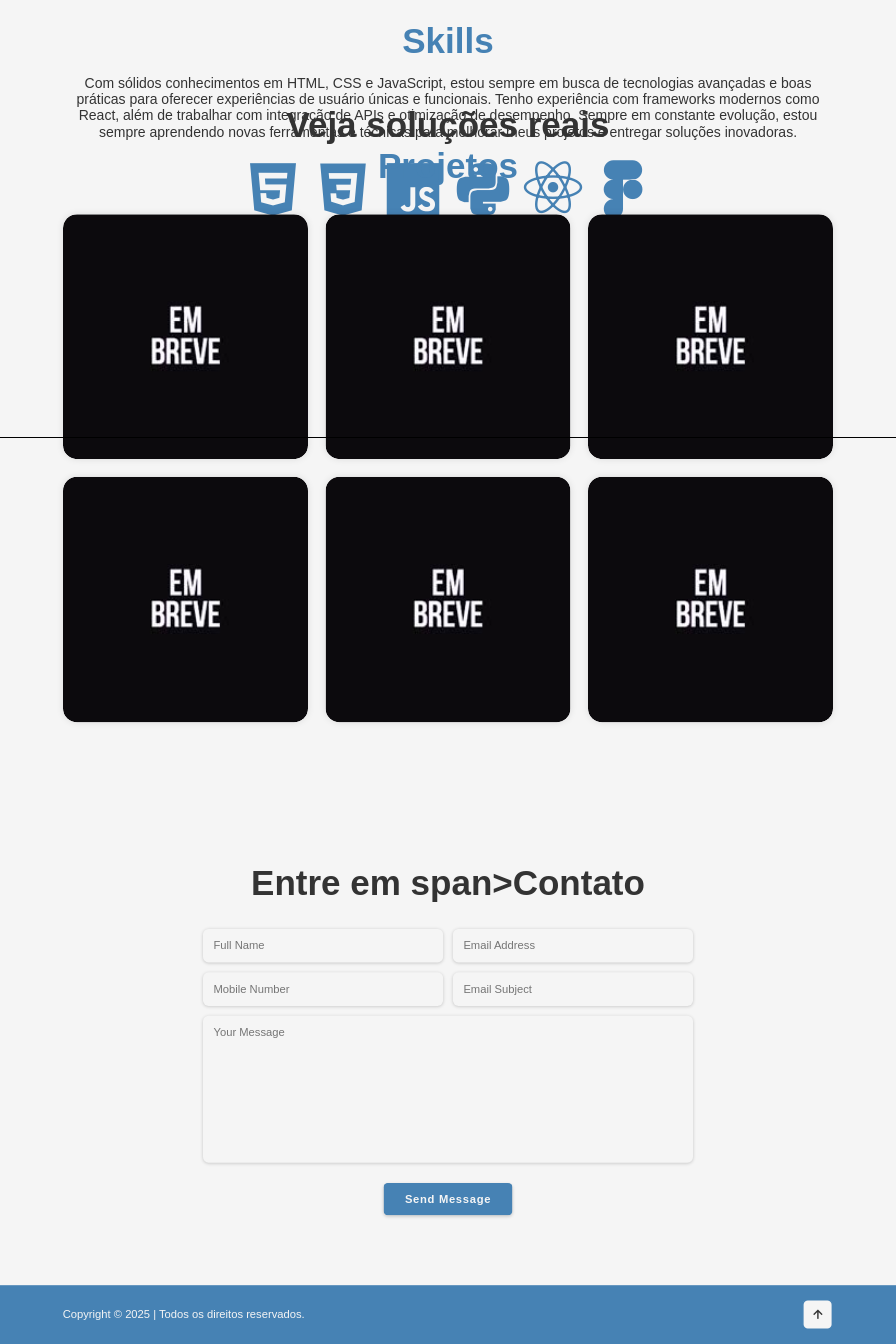
Repository: AliciaKathleen/portfolio-2025
Page: index.html
These files come from the project's save history. The page is drawn as it stood at one moment and after the next save; the edit follows.
The browser window is 1280 px wide. The pictures show the part of the page from y = 2280 to 4200 px (the page is 4200 px tall), at 70% of full size.

Above is the page before, as saved 2025-01-27 18:08:03.
Console error: TypeError: Cannot read properties of null (reading 'classList')

### index.html
<!DOCTYPE html>
<html lang="en">
<head>
    <meta charset="UTF-8">
    <meta http-equiv="X-UA-Compatible" content="IE=edge">
    <meta name="viewport" content="width=device-width, initial-scale=1.0">
    <link rel="stylesheet" href="https://cdn.jsdelivr.net/npm/swiper@9/swiper-bundle.min.css" />
    <link href='https://unpkg.com/boxicons@2.1.4/css/boxicons.min.css' rel='stylesheet'>
    <link rel="stylesheet" href="style.css">
    <title>Alícia Kathleen</title>
</head>
<body>
    <header class="header">
        <a href="#" class="logo">Alícia Kathleen</a>

        <nav class="navbar">
            <a href="#home" class="active">Home</a>
            <a href="#about">Sobre</a>
            <a href="#services">Serviços</a>
            <a href="#portfolio">Projetos</a>
            <a href="#contact">Contato</a>
        </nav>

        <div class="bx bx-moon" id="darkMode-icon"></div>
        <div class="bx bx-menu" id="menu-icon"></div>
    </header>

    <section class="home" id="home">
        <div class="home-content">
            <h3>Olá, eu sou</h3>
            <h1>Alícia Kathleen</h1>
            <p>
                Sou uma desenvolvedora Front-End apaixonada por criar interfaces modernas e funcionais, unindo criatividade e tecnologia para proporcionar experiências digitais únicas. Com uma trajetória inicial no design gráfico, utilizo meu olhar apurado para detalhes e usabilidade para transformar ideias em projetos visuais impactantes. Estou sempre buscando aprender e crescer com novos desafios.
            </p>
            <div class="social-media">
                <a href="#"><i class='bx bxl-linkedin'></i></a>
                <a href="#"><i class='bx bxl-github'></i></a>
            </div>

            <a href="#" class="btn">CURRÍCULO</a>
        </div>

        <div class="profession-container">
            <div class="profession-box">
            </div>
            <div class="overlay"></div>
        </div>

        <div class="home-img">
            <img src="" alt="">
        </div>
    </section>

    <section class="about" id="about">
        <div class="about-img">
            <img src="images/portfolio.jpg" alt="">
        </div>

        <div class="about-content">
            <h2 class="heading">Sobre <span>Mim</span></h2>
            <h3>
                Olá! Seja bem-vindo(a) ao meu portfólio! Sou uma desenvolvedora Front-End apaixonada por criar soluções digitais modernas e funcionais. Amo aprender novas tecnologias, resolver problemas com código e transformar ideias em projetos reais.
            </h3>
            <p>
                Aqui você vai encontrar alguns dos meus trabalhos, além de conhecer um pouco mais sobre minha trajetória no desenvolvimento web. Estou sempre em busca de novos desafios e oportunidades para crescer e evoluir como profissional.
            </p>
            <p>
                Sinta-se à vontade para explorar meu portfólio!
            </p>
        </div>
    </section>

    <section class="services" id="services">
        <h2 class="heading">Explore Meus <span>Trabalhos</span></h2>
        <div class="services-container">
            <div class="services-box">
                <i class='bx bx-code-alt'></i>
                <h3>Soluções Web Modernas</h3>
                <p>Criação de sites únicos e otimizados, que unem design moderno e funcionalidade para atender às suas necessidades e destacar sua marca na web.</p>
            </div>
            <div class="services-box">
                <i class='bx bxs-paint'></i>
                <h3>Design Responsivo</h3>
                <p>Desenvolvo sites que se adaptam perfeitamente a qualquer dispositivo, garantindo acessibilidade e uma navegação fluida para todos os usuários.</p>
            </div>
            <div class="services-box">
                <i class='bx bx-brain'></i>
                <h3>Integração de Apis</h3>
                <p>Integração de APIs para adicionar funcionalidades avançadas ao seu site ou aplicativo, conectando-o a serviços externos de maneira eficiente e sem fricções.</p>
            </div>
            <div class="services-box">
                <i class='bx bx-support'></i>
                <h3>Suporte</h3>
                <p>Ofereço suporte técnico para garantir que seu site esteja sempre atualizado, funcionando perfeitamente e alinhado às suas necessidades.</p>
            </div>
            <div class="services-box">
                <i class='bx bx-objects-vertical-bottom'></i>
                <h3>Estratégias de SEO</h3>
                <p>Técnicas de SEO personalizadas para aumentar a visibilidade do site e atrair mais tráfego qualificado.</p>
            </div>
            <div class="services-box">
                <i class='bx bx-bar-chart-alt'></i>
                <h3>Projetos Escaláveis</h3>
                <p>Desenvolvo soluções web com foco na escalabilidade, garantindo que seu site cresça de acordo com a evolução do seu negócio.

                </p>
            </div>
        </div>
    </section>

    <section class="resume-detail skills" id="skills">
        <h2 class="heading"><span>Skills</span></h2>
        <div class="resume-list">
            <div class="skills-container">
                <p>
                    Com sólidos conhecimentos em HTML, CSS e JavaScript, estou sempre em busca de tecnologias avançadas e boas práticas para oferecer experiências de usuário únicas e funcionais. Tenho experiência com frameworks modernos como React, além de trabalhar com integração de APIs e otimização de desempenho. Sempre em constante evolução, estou sempre aprendendo novas ferramentas e técnicas para melhorar meus projetos e entregar soluções inovadoras.
                </p>
                <div class="resume-items">
                    <div class="resume-item">
                        <i class='bx bxl-html5'></i>
                        <span>HTML</span>
                    </div>
                    <div class="resume-item">
                        <i class='bx bxl-css3'></i>
                        <span>CSS3</span>
                    </div>
                    <div class="resume-item">
                        <i class='bx bxl-javascript'></i>
                        <span>JavaScript</span>
                    </div>
                    <div class="resume-item">
                        <i class='bx bxl-python'></i>
                        <span>Python</span>
                    </div>
                    <div class="resume-item">
                        <i class='bx bxl-react'></i>
                        <span>ReactJS</span>
                    </div>
                    <div class="resume-item">
                        <i class='bx bxl-figma'></i>
                        <span>Figma</span>
                    </div>
                </div>
            </div>
        </div>
    </section>

    <section class="portfolio" id="portfolio">
        <h2 class="heading">Veja soluções reais <br> <span>Projetos</span></h2>

        <div class="portfolio-container">
            <div class="portfolio-box">
                <img src="images/portfolio.jpg" alt="">

                <div class="portfolio-layer">
                    <h4>Web Design</h4>
                    <p>Lorem ipsum dolor sit amet consectetur adipisicing elit. Similique, ipsam est.</p>
                    <a href="#"><i class='bx bx-link-external'></i></a>
                </div>
            </div>
            <div class="portfolio-box">
                <img src="images/portfolio.jpg" alt="">

                <div class="portfolio-layer">
                    <h4>Projeto em construção</h4>
                    <p>Em breve...</p>
                    <a href="#"><i class='bx bx-link-external'></i></a>
                </div>
            </div>
            <div class="portfolio-box">
                <img src="images/portfolio.jpg" alt="">

                <div class="portfolio-layer">
                    <h4>Projeto em construção</h4>
                    <p>Em breve...</p>
                    <a href="#"><i class='bx bx-link-external'></i></a>
                </div>
            </div>
            <div class="portfolio-box">
                <img src="images/portfolio.jpg" alt="">

                <div class="portfolio-layer">
                    <h4>Projeto em construção</h4>
                    <p>Em breve...</p>
                    <a href="#"><i class='bx bx-link-external'></i></a>
                </div>
            </div>
            <div class="portfolio-box">
                <img src="images/portfolio.jpg" alt="">

                <div class="portfolio-layer">
                    <h4>Projeto em construção</h4>
                    <p>Em breve...</p>
                    <a href="#"><i class='bx bx-link-external'></i></a>
                </div>
            </div>
            <div class="portfolio-box">
                <img src="images/portfolio.jpg" alt="">

                <div class="portfolio-layer">
                    <h4>Projeto em construção</h4>
                    <p>Em breve...</p>
                    <a href="#"><i class='bx bx-link-external'></i></a>
                </div>
            </div>
        </div>
    </section>

    <section class="contact" id="contact">
        <h2 class="heading">Entre em span>Contato</span></h2>

        <form action="#">
            <div class="input-box">
                <input type="text" placeholder="Full Name">
                <input type="email" placeholder="Email Address">
            </div>
            <div class="input-box">
                <input type="number" placeholder="Mobile Number">
                <input type="text" placeholder="Email Subject">
            </div>
            <textarea name="" id="" cols="30" rows="10" placeholder="Your Message"></textarea>
            <input type="submit" value="Send Message" class="btn">
        </form>
    </section>

    <footer class="footer">
        <div class="footer-text">
            <p>Copyright &copy; 2025 | Todos os direitos reservados.</p>
        </div>

        <div class="footer-iconTop">
            <a href="#home"><i class='bx bx-up-arrow-alt'></i></a>
        </div>
    </footer>

    <script src="https://unpkg.com/scrollreveal"></script>
    <script src="https://cdn.jsdelivr.net/npm/swiper@9/swiper-bundle.min.js"></script>
    <script src="script.js"></script>
</body>
</html>

Loaded but not shown: script.js (67 lines, source omitted); style.css (899 lines, source omitted)

After the next save:
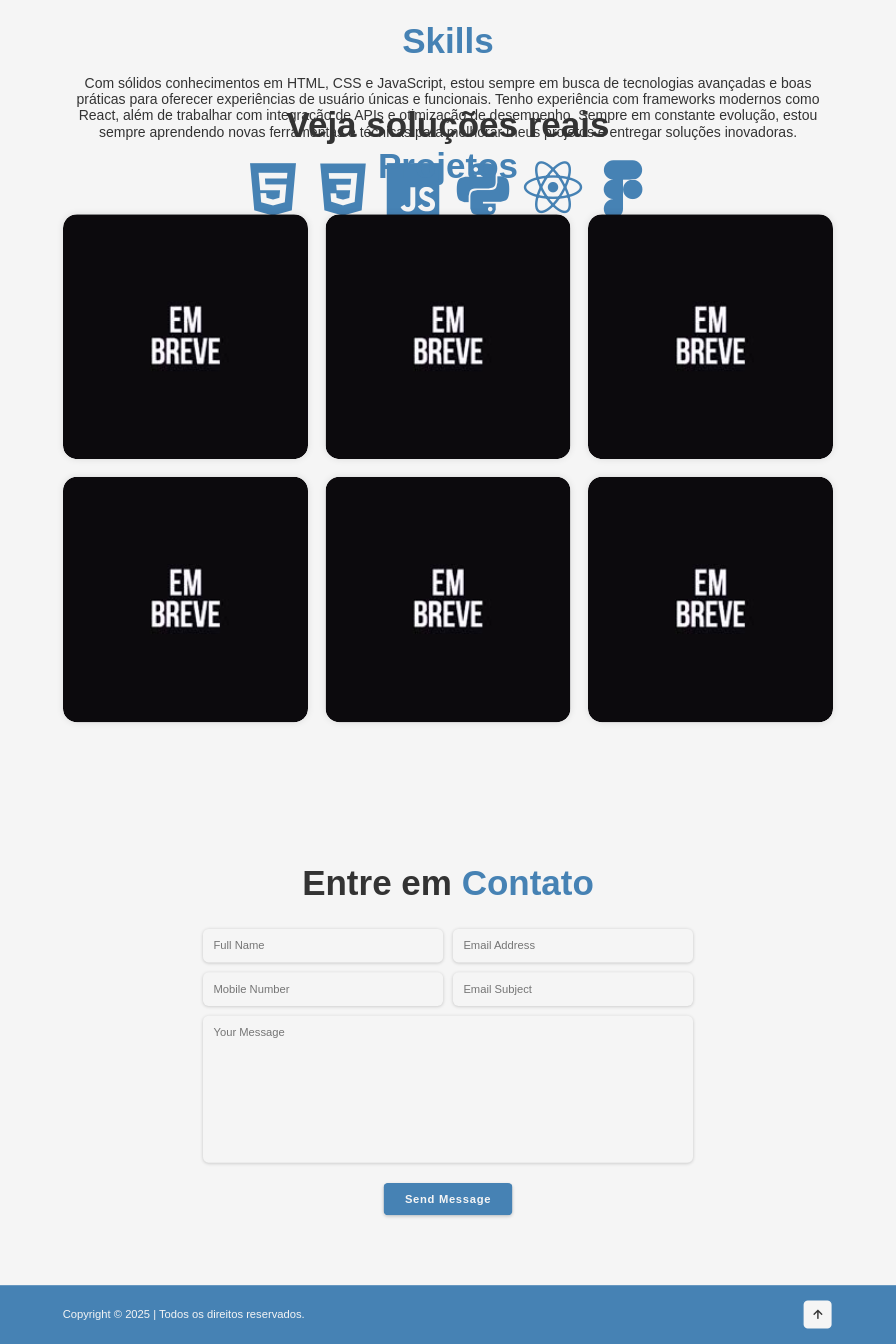
Saved 8 s later.
--- a/index.html
+++ b/index.html
@@ -207,7 +207,7 @@
     </section>
 
     <section class="contact" id="contact">
-        <h2 class="heading">Entre em span>Contato</span></h2>
+        <h2 class="heading">Entre em <span>Contato</span></h2>
 
         <form action="#">
             <div class="input-box">
